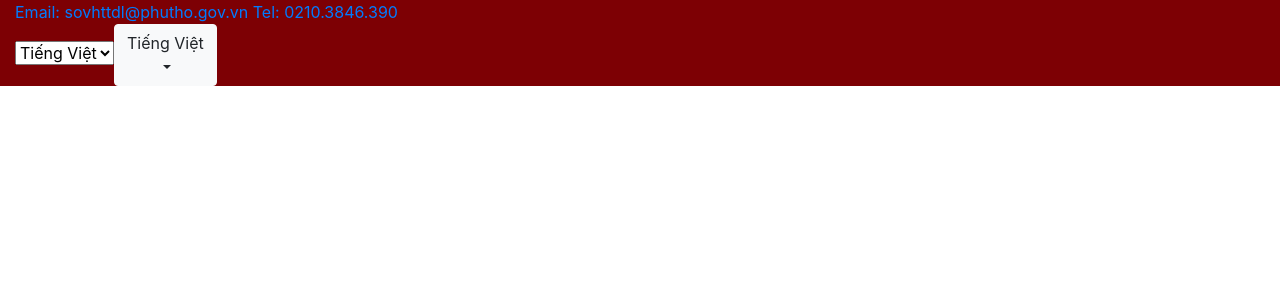
Repository: NgocNB20/Front_end_KLTN
Page: index.html
The author's editor kept a copy of each file at every save. The page is drawn from the files as they stood at one save, then again after the next save.
The browser window is 1280 px wide. The pictures show the whole page.
Some web fonts or font styles are not loaded; a fallback is used.

Above is the page before, as saved 2021-11-28 09:56:48.

### index.html
<!DOCTYPE html>
<html lang="en">

<head>
    <meta charset="UTF-8">
    <meta http-equiv="X-UA-Compatible" content="IE=edge">
    <meta name="viewport" content="width=device-width, initial-scale=1.0">
     <!-- Bootstrap CSS -->
     <link rel="stylesheet" href="https://maxcdn.bootstrapcdn.com/bootstrap/4.0.0/css/bootstrap.min.css" integrity="sha384-Gn5384xqQ1aoWXA+058RXPxPg6fy4IWvTNh0E263XmFcJlSAwiGgFAW/dAiS6JXm" crossorigin="anonymous">
    <link
        href="https://fonts.googleapis.com/css?family=Barlow+Condensed:200,300,400,400i,500,600,700,800,900%7CSatisfy&amp;display=swap"
        rel="stylesheet">
    <link rel="stylesheet" href="./style.css">
    <title>Travel</title>
</head>

<body>
    <div class="page-wrapper">
        <div class="site-header__header-one-wrap">
            <div class="topbar-one">
                <div class="container-fluid">
                    <div class="topbar-one__left">
                        <a href="mailto:Email: sovhttdl@phutho.gov.vn">Email: sovhttdl@phutho.gov.vn</a>
                        <a href="tel:Tel: 0210.3846.390">Tel: 0210.3846.390</a>
                    </div>
                    <div class="topbar-one__right"></div>
                    <div class="main-nav__right">
                        <div class="dropdown bootstrap-select"><select name="languages" id="languages"
                                class="selectpicker" onchange="javascript:location.href = this.value;" tabindex="-98">
                                <option value="/vi" selected="">Tiếng Việt</option>
                                <option value="/en">English</option>
                            </select><button type="button" class="btn dropdown-toggle btn-light" data-toggle="dropdown"
                                role="button" data-id="languages" title="Tiếng Việt">
                                <div class="filter-option">
                                    <div class="filter-option-inner">
                                        <div class="filter-option-inner-inner">Tiếng Việt</div>
                                    </div>
                                </div>
                            </button>
                            <div class="dropdown-menu " role="combobox">
                                <div class="inner show" role="listbox" aria-expanded="false" tabindex="-1">
                                    <ul class="dropdown-menu inner show"></ul>
                                </div>
                            </div>
                        </div>
                        <a href="#" class="main-nav__search search-popup__toggler"><i
                                class="tripo-icon-magnifying-glass"></i></a>
                        <a href="#" class="main-nav__login login-popup__toggler"><i class="tripo-icon-avatar"></i></a>
                    </div>
                </div>
            </div>
            <div class="container-fluid">

            </div>
        </div>
    </div>

</body>

</html>

### style.css
:root {
    --thm-font: 'Barlow Condensed', sans-serif;
    --heading-font: 'Charmonman', cursive;
    --thm-base: #ffa801;
    --thm-base-rgb: 255, 168, 1;
    --thm-primary: #40b9eb;
    --thm-primary-rgb: 64, 185, 235;
    --thm-secondary: #ff0143;
    --thm-secondary-rgb: 255, 1, 67;
    --thm-black: #082740;
    --thm-black-rgb: 8, 39, 64;
    --thm-gray: #eceeef;
    --blue: #007bff;
    --indigo: #6610f2;
    --purple: #6f42c1;
    --pink: #e83e8c;
    --red: #dc3545;
    --orange: #fd7e14;
    --yellow: #ffc107;
    --green: #28a745;
    --teal: #20c997;
    --cyan: #17a2b8;
    --white: #fff;
    --gray: #6c757d;
    --gray-dark: #343a40;
    --primary: #007bff;
    --secondary: #6c757d;
    --success: #28a745;
    --info: #17a2b8;
    --warning: #ffc107;
    --danger: #dc3545;
    --light: #f8f9fa;
    --dark: #343a40;
    --breakpoint-xs: 0;
    --breakpoint-sm: 576px;
    --breakpoint-md: 768px;
    --breakpoint-lg: 992px;
    --breakpoint-xl: 1200px;
    --font-family-sans-serif: -apple-system,BlinkMacSystemFont,"Segoe UI",Roboto,"Helvetica Neue",Arial,"Noto Sans",sans-serif,"Apple Color Emoji","Segoe UI Emoji","Segoe UI Symbol","Noto Color Emoji";
    --font-family-monospace: SFMono-Regular,Menlo,Monaco,Consolas,"Liberation Mono","Courier New",monospace;
}
.topbar-one {
    background-color: #7d0004;
}

After the next save:
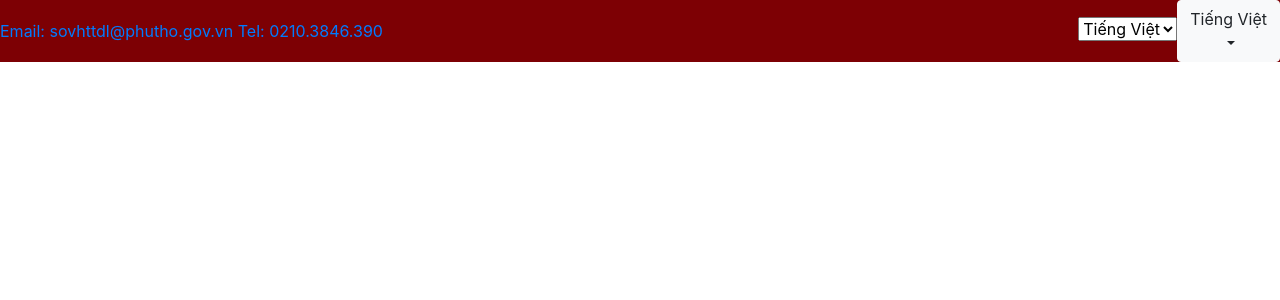
Saved 101 s later.
--- a/style.css
+++ b/style.css
@@ -42,3 +42,13 @@
 .topbar-one {
     background-color: #7d0004;
 }
+.topbar-one .container-fluid {
+    padding-left: 0;
+    padding-right: 0;
+    display: -webkit-box;
+    display: flex;
+    -webkit-box-align: center;
+    align-items: center;
+    -webkit-box-pack: justify;
+    justify-content: space-between;
+}
